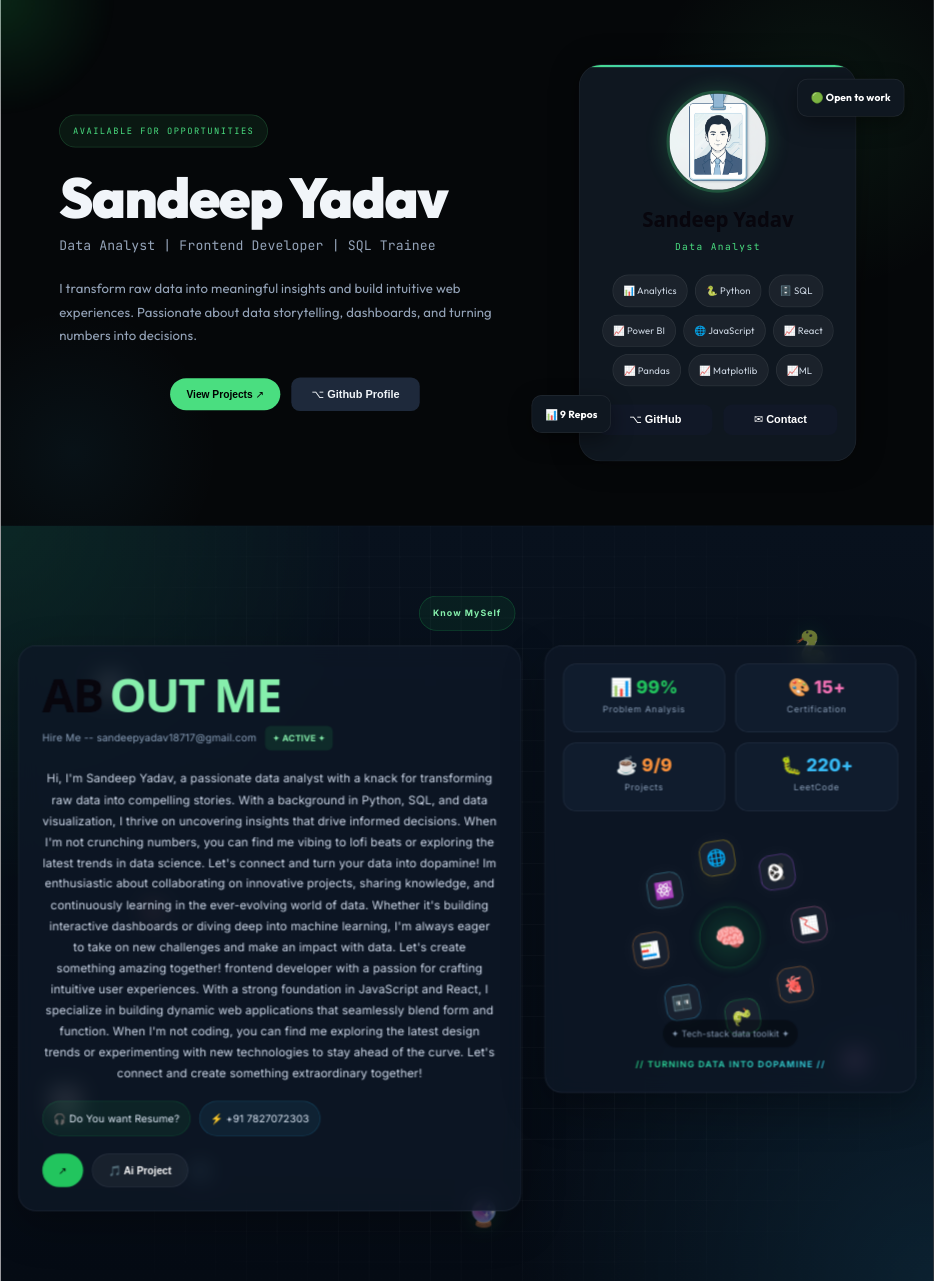
Repository: SandeepYadav18717/sandeepyadav
Page: / (app in Datanaltics_ portfolio/)
These files come from the project's save history. The page is drawn as it stood at one moment and after the next save; the edit follows.
The browser window is 1280 px wide. The pictures show the whole page, at 73% of full size.
The project was rebuilt for these pictures with package versions that can differ from the ones it lists, and the page was loaded fresh each time. Also part of the build but not shown: Datanaltics_ portfolio/vite.config.js, Datanaltics_ portfolio/src/App.css.

Above is the page before, as saved 2026-05-23 09:23:33.

After the next save:
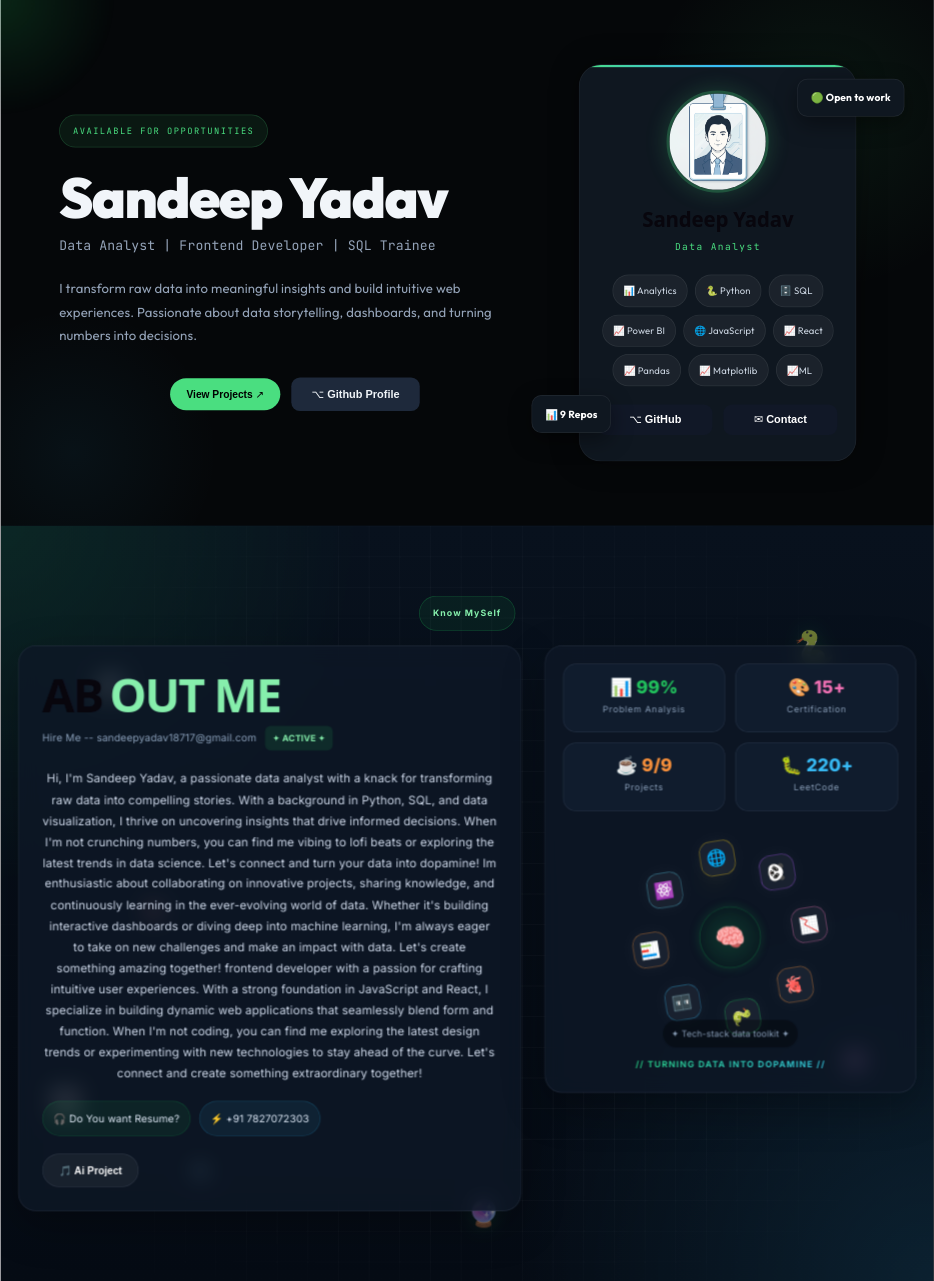
Saved 6 s later.
--- a/Datanaltics_ portfolio/src/pages/About.jsx
+++ b/Datanaltics_ portfolio/src/pages/About.jsx
@@ -119,7 +119,7 @@ const About = () => {
             </div>
 
             <div className="about-actions">
-              <button className="btn btn-primary">↗</button>
+
               <button className="btn btn-secondary">🎵 Ai Project</button>
             </div>
           </div>
